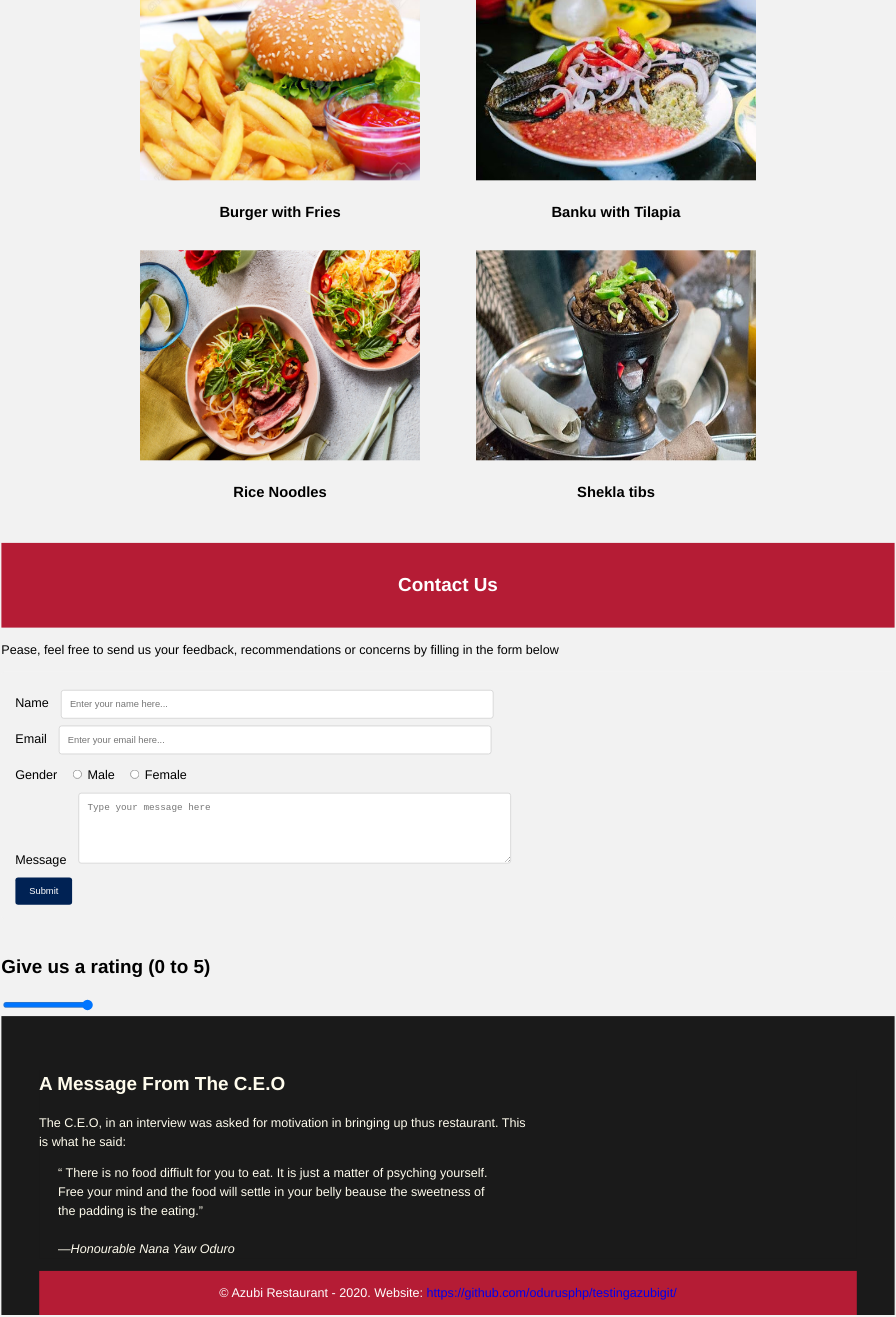
Repository: odurusphp/testingazubigit
Page: Fortune/FortunatusWulnye.html
An editor plug-in stored every save of this project. The page is shown before and after the next save, followed by the edit.
The browser window is 1280 px wide. The pictures show the part of the page from y = 2711 to 4631 px (the page is 4592 px tall before and 4631 px after), at 70% of full size.

Above is the page before, as saved 2020-08-05 21:46:55.

### Fortune/FortunatusWulnye.html
<!--COMMENTS THAT ARE MINE ARE WRITTEN IN CAPITAL LETTERS-->
<!--THE GENERAL STRUCTURE OF THE PAGE IS GOOD WITH THE INDENTATION TOO-->
<!--THE CLASSES THAT YOU IMPLEMENTED TOO ARE GREAT KEEP IT UP-->
<!DOCTYPE html>
<html lang="en">

<head>

    <meta charset="UTF-8" />
    <meta name="viewport" content="width=device-width, initial-scale=1.0" />
    <title>The Azubi Restaurant</title>
    <meta name="descrition" content="A website for Azubi restaurant">
    <meta name="author" content="Fortunatus Aabangbio Wulnye">
    <link rel="stylesheet" href="css/style.css">

</head>

<body>

    <header class="main-header">
        <div class="brand">
            <h1 class="site-title"><a href="#">THE AZUBI RESTAURANT</a></h1>
        </div>
    </header>

    <main class="main-container">
        <section class="about-main">

            <aside class="about-text">
                <div class="about-header">
                    <h2>About the restaurant</h2>
                </div>
                <p>
                    The Azubi Restaurant is a German-based restaurant which provides
                    it's customers with both <br />
                    local and continental dishes. It's headquarters is in Bielefeld in
                    Germany. Lorem ipsum dolor sit amet consectetur adipisicing elit. Libero quibusdam pariatur iste
                    assumenda iure laudantium placeat deserunt soluta neque voluptatum eaque, vitae magni ab ullam
                    consequatur reprehenderit harum modi esse.
                </p>
            </aside>

            <div class="about-fig">
                <p>The image below is an interior view of the restaurant with a caption.</p>
                <figure>
                    <img src="images/FortununatusWulnyeRestaurant.jpg" alt="Azubi Restaurant" /> <br>
                    <figcaption>The Azubi Restaurant</figcaption>
                </figure>
            </div>

        </section>

        <section class="main-branches">
            <div class="branches-header">
                <h2>Branches Worldwide</h2>
            </div>

            <div class="branches">
                <p>You will find all the various branches grouped under the countries:</p>
                <dl>
                    <div class="ghana">
                        <figure class="branch-img">
                            <a href="">
                                <img src="images/ghana-flag.png" />
                            </a>
                            <figcaption>
                                <dt class="country">
                                    <h3>Ghana</h3>
                                </dt>
                                <div class="location">
                                    <dd><a href="#">Adenta - Accra</a></dd>
                                    <dd><a href="#">Tishegu - Tamale</a></dd>
                                    <dd><a href="#">Santasi - Kumasi</a></dd>
                                </div>
                            </figcaption>
                        </figure>
                    </div>

                    <div class="ethiopia">
                        <figure class="branch-img">
                            <a href="">
                                <img src="images/ethiopia-flag.jpg" />
                            </a>
                            <figcaption>
                                <dt class="country">
                                    <h3>Ethiopia</h3>
                                </dt>
                                <div class="location">
                                    <dd><a href="#">Sodo</a></dd>
                                    <dd><a href="#">Harar</a></dd>
                                </div>
                            </figcaption>
                        </figure>
                    </div>


                    <div class="afghanistan">
                        <figure class="branch-img">
                            <a href="">
                                <img src="images/afg-flag.png" />
                            </a>
                            <figcaption>
                                <dt class="country">
                                    <h3>Afghanistan</h3>
                                </dt>
                                <div class="location">
                                    <dd><a href="#">Herat</a></dd>
                                    <dd><a href="#">Khost</a></dd>
                                </div>
                            </figcaption>
                        </figure>
                    </div>

                </dl>
            </div>

        </section>

        <section class="menus">
            <h2>Menus Available</h2>
            <p>The Azubi Restaurant provides both local and continental dishes. Some of which include:</p>
            <ul>
                <div class="menu-img">
                    <figure>
                        <a href="#"> <img src="images/jollof.jpg" alt="Jollof Rice with Chicken and Sausage"></a>
                        <figcaption>
                            <li><a href="#">
                                    <h3>Jollof with Chicken & Sausage</h3>
                                </a> </li>
                        </figcaption>
                    </figure>
                </div>
                <div class="menu-img">
                    <figure>
                        <a href="#"> <img src="images/apapransa.jpg" alt="Apapransa"></a>
                        <figcaption>
                            <li><a href="#">
                                    <h3>Apapransa</h3>
                                </a></li>
                        </figcaption>
                    </figure>
                </div>
                <div class="menu-img">
                    <figure>
                        <a href="#"> <img src="images/burger_with_fries.jpg" alt="Burger with Fries"></a>
                        <figcaption>
                            <li><a href="#">
                                    <h3>Burger with Fries</h3>
                                </a></li>
                        </figcaption>
                    </figure>
                </div>
                <div class="menu-img">
                    <figure>
                        <a href="#"> <img src="images/banku_with_tilapia.jpg" alt="Banku with Tilapia"></a>
                        <figcaption>
                            <li><a href="">
                                    <h3>Banku with Tilapia</h3>
                                </a></li>
                        </figcaption>
                    </figure>
                </div>

                <div class="menu-img">
                    <figure>
                        <a href="#"> <img src="images/Rice-Noodle-Red-Curry-Bowls-with-Steak-and-cabbage.jpg"
                                alt="Rice-Noodle-Red-Curry-Bowls-with-Steak-and-cabbage"></a>
                        <figcaption>
                            <li><a href="">
                                    <h3>Rice Noodles</h3>
                                </a></li>
                        </figcaption>
                    </figure>
                </div>

                <div class="menu-img">
                    <figure>
                        <a href="#"> <img src="images/shekla-tibs.jpg" alt="Sliced meat served in a clay dish"></a>
                        <figcaption>
                            <li><a href="">
                                    <h3>Shekla tibs</h3>
                                </a></li>
                        </figcaption>
                    </figure>
                </div>
            </ul>
        </section>

        <div class="Contact-us">
            <div class="contact-us-header">
                <h2>Contact Us</h2>
            </div>
            <p>Pease, feel free to send us your feedback, recommendations or concerns by filling in the form below</p>
            <div class="form-container">
                <form action="" method="POST">
                    <label for="fname">Name</label>
                    <input type="text" name="fname" placeholder="Enter your name here..." required> <br>

                    <label for="email">Email</label>
                    <input type="text" name="email" placeholder="Enter your email here..." required> <br>

                    <label for="gender">Gender</label>
                    <input type="radio" id="male" value="male">
                    <label for="gender">Male</label>
                    <input type="radio" id="female" value="female">
                    <label for="gender">Female</label> <br>
                    <div class="messsage">
                        <label for="subject">Message</label>
                        <textarea name="message" id="" cols="20" rows="5"
                            placeholder="Type your message here"></textarea>
                    </div>

                    <input type="submit" value="Submit" /><br>
                </form>
            </div>

        </div>
        <br>
        <div class="rating">
            <h2>Give us a rating (0 to 5)</h2>
            <div class="slider">
                <input type="range" min="0" max="5" value="50">
            </div>
        </div>

    </main>

    <footer class="footer">
        <div class="ceomessage">
            <h2>A Message From The C.E.O</h2>
            <P>The C.E.O, in an interview was asked for motivation in bringing up thus restaurant. This<br> is what he
                said:
            <blockquote> <q> There is no food diffiult for you to eat. It is just a matter of psyching yourself.<br>
                    Free your mind and the food
                    will settle in your belly beause the sweetness of <br> the padding is the eating.</q><br> <br>
                &mdash;<cite>Honourable Nana Yaw Oduro</cite>
            </blockquote>
            </P>
        </div>

        <div class="footer-link">
            &copy; Azubi Restaurant - 2020. Website: <a
                href="https://github.com/odurusphp/testingazubigit/">https://github.com/odurusphp/testingazubigit/</a>
        </div>
    </footer>

</body>

</html>

### Fortune/css/style.css
* {
  box-sizing: border-box;
}

html {
  font-family: sans-serif;
  -webkit-text-size-adjust: 100%;
  -ms-text-size-adjust: 100%;
  justify-content: center;
  align-items: middle;
}
body {
  margin: 0;
  background-color: hsl(0, 0%, 95%);
  padding: 0.1em;
  font-family: "Source Sans Pro", "Helvetica", Arial, sans-serif;
  font-size: 18px;
  line-height: 1.5;
}

/*--------------------------------------------------------------
Header styles
--------------------------------------------------------------*/

.main-header {
  padding: 1em 0;
  background-color: #002254;
}

.brand {
  /* padding: 70px 0; */
  text-align: center;
  border: "0.5rem solid pink";
}
.site-title a {
  text-decoration: none;
  color: #fff;
}

.about-main {
  display: flex;
}

.about-header {
  text-align: center;
}

.about-text {
  display: flex;
  flex-direction: column;
  justify-content: center;
}

.about-fig {
  display: flex;
  flex-direction: column;
  justify-content: center;
  text-align: center;
}

.about-fig img {
  display: block;
  border: 0;
  width: 80%;
  height: 80%;
}

.main-container {
  border-radius: 2px;
}

.branches-header {
  padding: 0.5em 0.5em;
  background-color: #b51c35;
  text-align: center;
  border: "0.5rem solid pink";
  text-decoration: none;
  color: #fff;
  font-size: 24px;
}

.branches img {
  width: 400px;
  height: 300px;
}

dl {
  display: flex;
  flex-wrap: wrap;
  margin: 3em auto 2em;
  padding: 0;
  justify-content: center;
}

.country h3 {
  text-align: center;
}

dd a {
  text-decoration: none;
  line-height: 1.6em;
  color: #000;
}

dd a:hover {
  color: #002254;
}
dd a:active {
  color: green;
}

.menus::before {
  display: block;
  height: 4em;
  content: "";
  background: #002254 url("../images/square_bg.svg") repeat;
}

.menus h2 {
  text-align: center;
  font-size: 40px;
  font-weight: bold;
}

.menus img {
  width: 400px;
  height: 300px;
}

.menu-img a {
  text-decoration: none;
  text-align: center;
  color: #000;
}

ul {
  display: flex;
  flex-wrap: wrap;
  margin: 3em auto 2em;
  padding: 0;
  justify-content: center;
  list-style: none;
}

.contact-us {
  justify-content: center;
  text-align: center;
}

.contact-us-header {
  background-color: #b51c35;
  text-align: center;
  color: #fff;
  padding: 1em 0;
}
.contact-us aside,
figcaption,
figure,
footer,
header,
main,
section {
  display: block;
}

.form-container {
  border-radius: 5px;
  background-color: #f2f2f2;
  padding: 20px;
}

label {
  padding: 12px 12px 12px 0;
  display: inline-block;
}

input[type="text"],
select,
textarea {
  width: 50%;
  padding: 12px;
  border: 1px solid #ccc;
  border-radius: 4px;
  resize: vertical;
}

input[type="submit"] {
  background-color: #002254;
  color: white;
  padding: 12px 20px;
  border: none;
  border-radius: 4px;
  cursor: pointer;
}

input[type="submit"]:hover {
  background-color: #45a049;
}

.message {
  display: inline-block;
}

a:active,
a:hover {
  outline: 0;
}

b,
strong {
  font-weight: bold;
}

p {
  display: block;
  margin-block-start: 1em;
  margin-block-end: 1em;
  margin-inline-start: 0px;
  margin-inline-end: 0px;
}

h1 {
  font-size: 2em;
  margin: 0.67em 0;
}

input::-moz-focus-inner {
  border: 0;
  padding: 0;
}

blockquote {
  margin: 0 1.5em;
}

.footer {
  padding: 3em 3em 0;
  background: hsl(0, 0%, 10%);
  color: #fffced;
}
.ceomessage {
  background-color: hsl(0, 0%, 10%);
  color: #fffced;
}

.footer-link {
  background-color: #b51c35;
  text-align: center;
  color: #fff;
  padding: 1em 0;
}

.footer-link a {
  text-decoration: none;
}

After the next save:
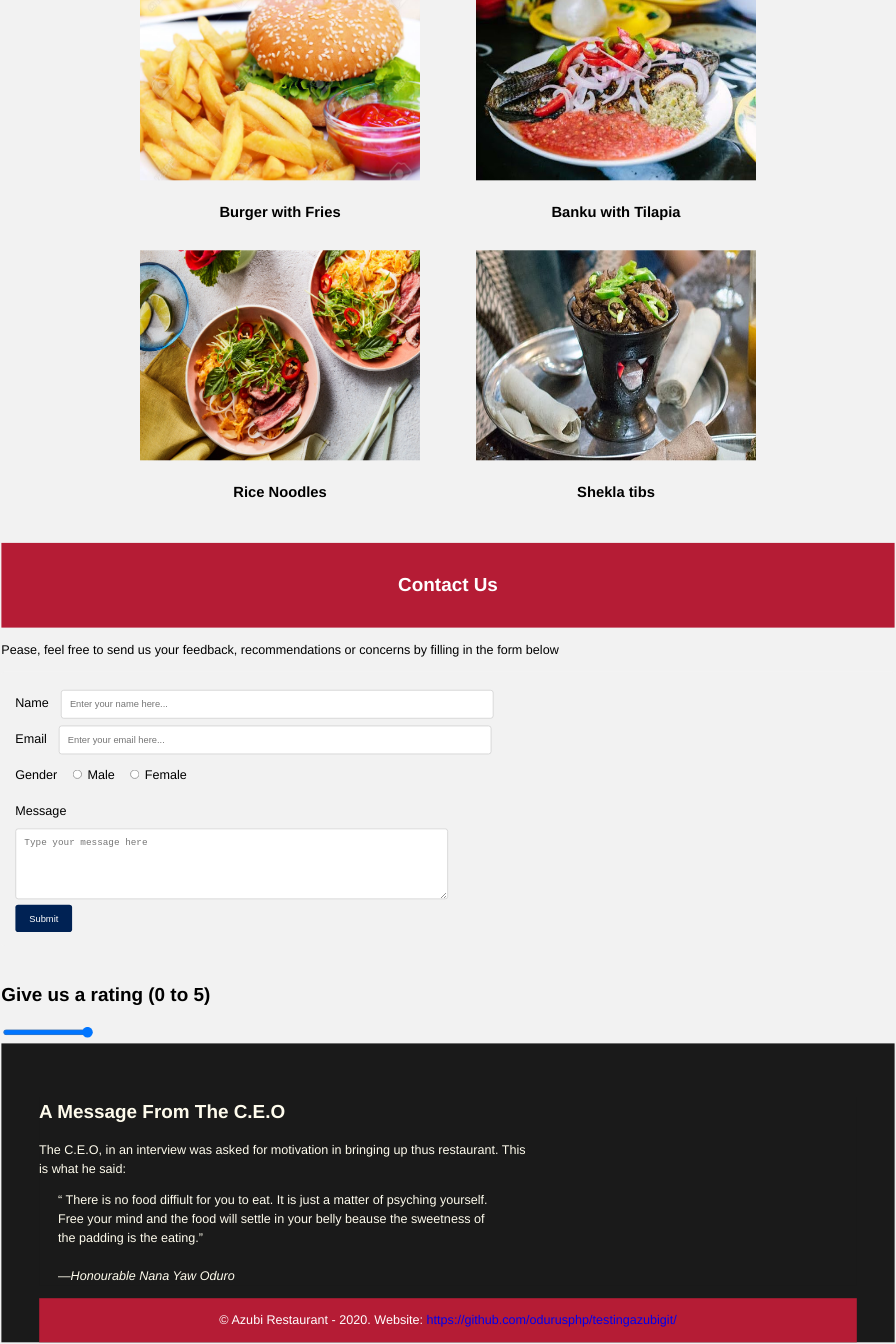
Saved 37 s later.
--- a/Fortune/FortunatusWulnye.html
+++ b/Fortune/FortunatusWulnye.html
@@ -205,7 +205,7 @@
                     <input type="radio" id="female" value="female">
                     <label for="gender">Female</label> <br>
                     <div class="messsage">
-                        <label for="subject">Message</label>
+                        <label for="subject">Message</label> <br>
                         <textarea name="message" id="" cols="20" rows="5"
                             placeholder="Type your message here"></textarea>
                     </div>
